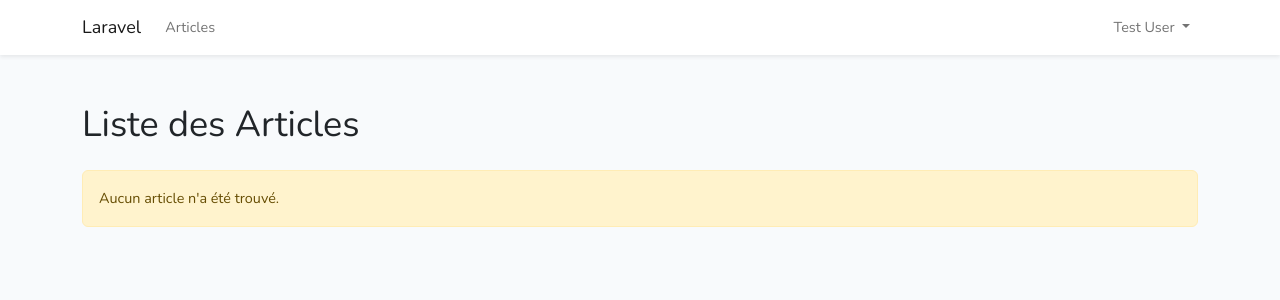
Repository: nihad-benaziz/gestion-des-articles-laravel-
Page: http://localhost/articles
These files come from the project's save history. The page is drawn as it stood at one moment and after a run of saves; the edit follows.
The browser window is 1280 px wide. The pictures show the whole page.
The page is served by the project's Laravel application, run on PHP 8.4 with Laravel 12. A made-up administrator, Test User (test@example.com), is signed in. Other server files are loaded and not shown. Style sheets and scripts are compiled from the project's sources, by tool versions that may differ from the author's. Queries for data that is not in the repository find no rows.

Above is the page before, as saved 2024-11-08 20:42:20.

### routes/web.php
<?php

use Illuminate\Support\Facades\Route;
use Illuminate\Support\Facades\Auth;
use App\Http\Controllers\ArticleController;
use App\Http\Controllers\HomeController;

// Redirect root URL to the register route
Route::get('/', function () {
    return redirect()->route('register');
});

// Authentication routes
Auth::routes();

// Home route for authenticated users
Route::get('/home', [HomeController::class, 'index'])->name('home');

// Protect article routes with authentication middleware
Route::resource('articles', ArticleController::class)->middleware('auth');

### app/Http/Controllers/ArticleController.php
<?php

namespace App\Http\Controllers;


use App\Models\Article;
use Illuminate\Http\Request;

class ArticleController extends Controller
{
    /**
     * Display a listing of the resource.
     */
    public function index()
    {
        // Récupère tous les articles
        $articles = Article::all();
        // Passe les articles à la vue 'articles.index'
        return view('articles.index', compact('articles'));
    }

    /**
     * Show the form for creating a new resource.
     */
    public function create()
    {
        // Affiche le formulaire de création d'un article
        return view('articles.create');
    }

    /**
     * Store a newly created resource in storage.
     */
    public function store(Request $request)
    {
        // Valide les données du formulaire
        $request->validate([
            'title' => 'required|string|max:255',
            'content' => 'required|string',
        ]);

        // Crée un nouvel article avec les données validées
        Article::create([
            'title' => $request->title,
            'content' => $request->content,
        ]);

        // Redirige vers la liste des articles avec un message de succès
        return redirect()->route('articles.index')->with('success', 'Article créé avec succès.');
    }

    /**
     * Display the specified resource.
     */
    public function show($id)
    {
        // Récupère l'article spécifié
        $article = Article::findOrFail($id);
        // Affiche la vue de détail de l'article
        return view('articles.show', compact('article'));
    }

    /**
     * Show the form for editing the specified resource.
     */
    public function edit($id)
    {
        // Récupère l'article spécifié
        $article = Article::findOrFail($id);
        // Affiche le formulaire d'édition avec l'article
        return view('articles.edit', compact('article'));
    }

    /**
     * Update the specified resource in storage.
     */
    public function update(Request $request, $id)
    {
        // Valide les données du formulaire
        $request->validate([
            'title' => 'required|string|max:255',
            'content' => 'required|string',
        ]);

        // Récupère l'article et le met à jour avec les nouvelles données
        $article = Article::findOrFail($id);
        $article->update([
            'title' => $request->title,
            'content' => $request->content,
        ]);

        // Redirige vers la liste des articles avec un message de succès
        return redirect()->route('articles.index')->with('success', 'Article mis à jour avec succès.');
    }

    /**
     * Remove the specified resource from storage.
     */
    public function destroy($id)
    {
        // Récupère l'article et le supprime
        $article = Article::findOrFail($id);
        $article->delete();

        // Redirige vers la liste des articles avec un message de succès
        return redirect()->route('articles.index')->with('success', 'Article supprimé avec succès.');
    }
}

### app/Models/Article.php
<?php

namespace App\Models;

use Illuminate\Database\Eloquent\Factories\HasFactory;
use Illuminate\Database\Eloquent\Model;

class Article extends Model
{
    use HasFactory;

    // Autorise l'assignation massive pour les champs 'title' et 'content'
    protected $fillable = ['title', 'content'];
}

### resources/views/articles/index.blade.php
@extends('layouts.app')

@section('content')
<div class="container">
    <h1 class="my-4">Liste des Articles</h1>
    @if($articles->isEmpty())
        <p class="alert alert-warning">Aucun article n'a été trouvé.</p>
    @else
        <table class="table table-striped table-hover">
            <thead class="table-dark">
                <tr>
                    <th>ID</th>
                    <th>Titre</th>
                    <th>Contenu</th>
                    <th>Date de création</th>
                    <th>Actions</th>
                </tr>
            </thead>
            <tbody>
                @foreach ($articles as $article)
                <tr>
                    <td>{{ $article->id }}</td>
                    <td>{{ $article->title }}</td>
                    <td>{{ Str::limit($article->content, 50) }}</td>
                    <td>{{ $article->created_at->format('d-m-Y') }}</td>
                    <td>
                        <a href="{{ route('articles.show', $article->id) }}" class="btn btn-primary btn-sm">Voir</a>
                        <a href="{{ route('articles.edit', $article->id) }}" class="btn btn-warning btn-sm">Modifier</a>
                        <form action="{{ route('articles.destroy', $article->id) }}" method="POST" style="display:inline;">
                            @csrf
                            @method('DELETE')
                            <button type="submit" class="btn btn-danger btn-sm" onclick="return confirm('Êtes-vous sûr de vouloir supprimer cet article ?')">Supprimer</button>
                        </form>
                    </td>
                </tr>
                @endforeach
            </tbody>
        </table>
    @endif
</div>
@endsection

### resources/views/layouts/app.blade.php
<!doctype html>
<html lang="{{ str_replace('_', '-', app()->getLocale()) }}">
<head>
    <meta charset="utf-8">
    <meta name="viewport" content="width=device-width, initial-scale=1">

    <!-- CSRF Token -->
    <meta name="csrf-token" content="{{ csrf_token() }}">

    <title>{{ config('app.name', 'Laravel') }}</title>

    <!-- Fonts -->
    <link rel="dns-prefetch" href="//fonts.bunny.net">
    <link href="https://fonts.bunny.net/css?family=Nunito" rel="stylesheet">

    <!-- Scripts -->
    @vite(['resources/sass/app.scss', 'resources/js/app.js'])
</head>
<body>
    <div id="app">
        <nav class="navbar navbar-expand-md navbar-light bg-white shadow-sm">
            <div class="container">
                <a class="navbar-brand" href="{{ url('/') }}">
                    {{ config('app.name', 'Laravel') }}
                </a>
                <button class="navbar-toggler" type="button" data-bs-toggle="collapse" data-bs-target="#navbarSupportedContent" aria-controls="navbarSupportedContent" aria-expanded="false" aria-label="{{ __('Toggle navigation') }}">
                    <span class="navbar-toggler-icon"></span>
                </button>

                <div class="collapse navbar-collapse" id="navbarSupportedContent">
                    <!-- Left Side Of Navbar -->
                    <ul class="navbar-nav me-auto">
                        @auth
                            <li class="nav-item">
                                <a class="nav-link" href="{{ route('articles.index') }}">Articles</a>
                            </li>
                        @endauth
                    </ul>

                    <!-- Right Side Of Navbar -->
                    <ul class="navbar-nav ms-auto">
                        <!-- Authentication Links -->
                        @guest
                            @if (Route::has('login'))
                                <li class="nav-item">
                                    <a class="nav-link" href="{{ route('login') }}">{{ __('Login') }}</a>
                                </li>
                            @endif

                            @if (Route::has('register'))
                                <li class="nav-item">
                                    <a class="nav-link" href="{{ route('register') }}">{{ __('Register') }}</a>
                                </li>
                            @endif
                        @else
                            <li class="nav-item dropdown">
                                <a id="navbarDropdown" class="nav-link dropdown-toggle" href="#" role="button" data-bs-toggle="dropdown" aria-haspopup="true" aria-expanded="false" v-pre>
                                    {{ Auth::user()->name }}
                                </a>

                                <div class="dropdown-menu dropdown-menu-end" aria-labelledby="navbarDropdown">
                                    <a class="dropdown-item" href="{{ route('logout') }}"
                                       onclick="event.preventDefault();
                                                     document.getElementById('logout-form').submit();">
                                        {{ __('Logout') }}
                                    </a>

                                    <form id="logout-form" action="{{ route('logout') }}" method="POST" class="d-none">
                                        @csrf
                                    </form>
                                </div>
                            </li>
                        @endauth
                    </ul>
                </div>
            </div>
        </nav>

        <main class="py-4">
            @yield('content')
        </main>
    </div>
</body>
</html>

Loaded but not shown: app/Http/Controllers/Auth/ConfirmPasswordController.php (common file); app/Http/Controllers/Controller.php (common file); app/Models/User.php (common file); resources/sass/app.scss (common file); resources/sass/_variables.scss (common file)

After the next 2 saves:
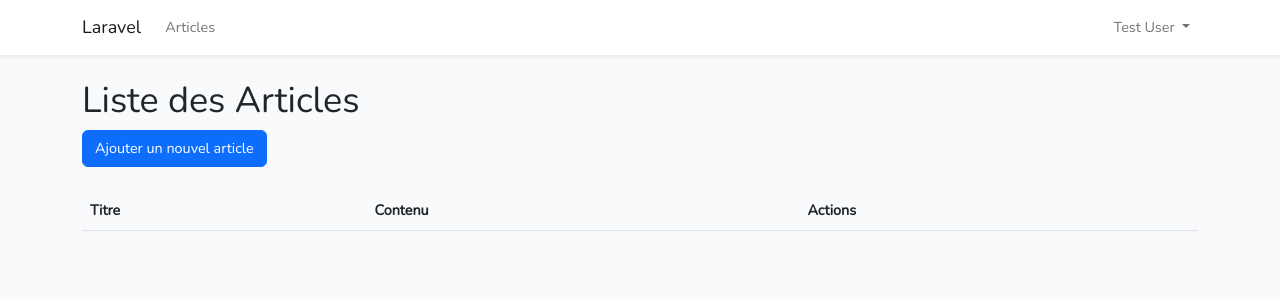
The 2 saves are shown as one change because they came seconds apart.
The last was saved 5 min 19 s later.
--- a/resources/views/articles/index.blade.php
+++ b/resources/views/articles/index.blade.php
@@ -2,40 +2,39 @@
 
 @section('content')
 <div class="container">
-    <h1 class="my-4">Liste des Articles</h1>
-    @if($articles->isEmpty())
-        <p class="alert alert-warning">Aucun article n'a été trouvé.</p>
-    @else
-        <table class="table table-striped table-hover">
-            <thead class="table-dark">
+    <h1>Liste des Articles</h1>
+
+    <!-- Bouton pour ajouter un nouvel article -->
+    <div class="mb-4">
+        <a href="{{ route('articles.create') }}" class="btn btn-primary">Ajouter un nouvel article</a>
+    </div>
+
+    <!-- Table des articles -->
+    <table class="table">
+        <thead>
+            <tr>
+                <th>Titre</th>
+                <th>Contenu</th>
+                <th>Actions</th>
+            </tr>
+        </thead>
+        <tbody>
+            @foreach ($articles as $article)
                 <tr>
-                    <th>ID</th>
-                    <th>Titre</th>
-                    <th>Contenu</th>
-                    <th>Date de création</th>
-                    <th>Actions</th>
-                </tr>
-            </thead>
-            <tbody>
-                @foreach ($articles as $article)
-                <tr>
-                    <td>{{ $article->id }}</td>
                     <td>{{ $article->title }}</td>
                     <td>{{ Str::limit($article->content, 50) }}</td>
-                    <td>{{ $article->created_at->format('d-m-Y') }}</td>
                     <td>
-                        <a href="{{ route('articles.show', $article->id) }}" class="btn btn-primary btn-sm">Voir</a>
-                        <a href="{{ route('articles.edit', $article->id) }}" class="btn btn-warning btn-sm">Modifier</a>
+                        <a href="{{ route('articles.show', $article->id) }}" class="btn btn-info">Voir</a>
+                        <a href="{{ route('articles.edit', $article->id) }}" class="btn btn-warning">Modifier</a>
                         <form action="{{ route('articles.destroy', $article->id) }}" method="POST" style="display:inline;">
                             @csrf
                             @method('DELETE')
-                            <button type="submit" class="btn btn-danger btn-sm" onclick="return confirm('Êtes-vous sûr de vouloir supprimer cet article ?')">Supprimer</button>
+                            <button type="submit" class="btn btn-danger">Supprimer</button>
                         </form>
                     </td>
                 </tr>
-                @endforeach
-            </tbody>
-        </table>
-    @endif
+            @endforeach
+        </tbody>
+    </table>
 </div>
 @endsection
